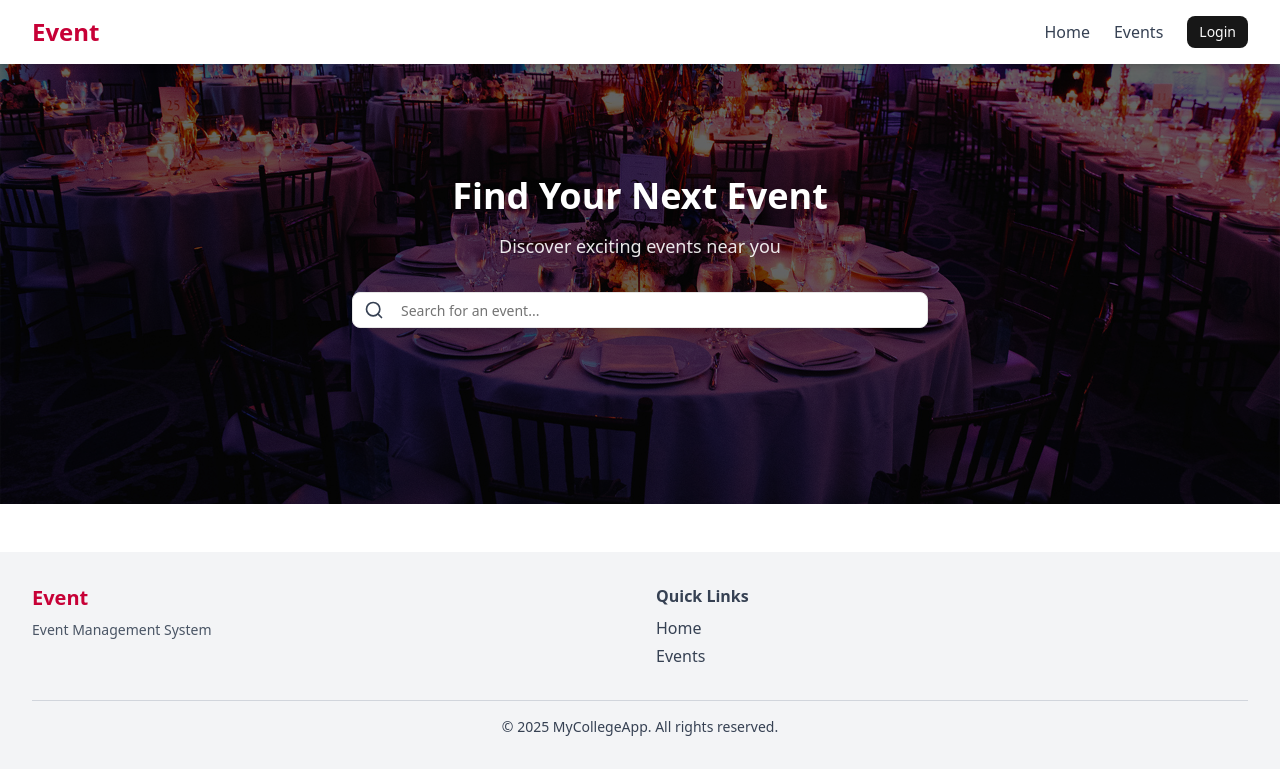
Repository: shshafin/event-client
Page: /
These files come from the project's save history. The page is drawn as it stood at one moment and after the next save; the edit follows.
The browser window is 1280 px wide. The pictures show the whole page.
The page's requests for data from a server got no answer. The project was rebuilt for these pictures with package versions that can differ from the ones it lists, and the page was loaded fresh each time. The framework's server and built-in components were replaced by stand-ins that run in the browser. No one was signed in, and anything a server would have sent is missing. Also part of the build but not shown: next.config.ts, src/components/ui/dropdown-menu.tsx.

Above is the page before, as saved 2025-10-30 14:45:41.

### src/app/layout.tsx
import "@/styles/globals.css";
import { Viewport } from "next";
import clsx from "clsx";

import { fontSans } from "@/config/font";
import { Providers } from "@/lib/provider";

export const viewport: Viewport = {
  themeColor: [
    { media: "(prefers-color-scheme: light)", color: "white" },
    { media: "(prefers-color-scheme: dark)", color: "black" },
  ],
};

export default function RootLayout({
  children,
}: {
  children: React.ReactNode;
}) {
  return (
    <html
      suppressHydrationWarning
      lang="en">
      <head />
      <body
        className={clsx(
          "min-h-screen bg-background font-sans antialiased",
          fontSans.variable
        )}>
        <Providers>{children}</Providers>
      </body>
    </html>
  );
}

### src/app/(withCommonLayout)/layout.tsx
import Footer from "@/components/ui/Footer";
import Navbar from "@/components/ui/Navbar";
import React from "react";

const withCommonLayout = ({ children }: { children: React.ReactNode }) => {
  return (
    <div className="relative flex flex-col h-screen">
      <Navbar />
      <main>{children}</main>
      <Footer />
    </div>
  );
};

export default withCommonLayout;

### src/app/(withCommonLayout)/(home)/layout.tsx
import { ReactNode } from "react";

const Layout = ({
  children,
  events,
  categories,
  reviews,
}: {
  children: ReactNode;
  events: ReactNode;
  categories: ReactNode;
  reviews: ReactNode;
}) => {
  return (
    <>
      {children}
      {events}
      {categories}
      {reviews}
    </>
  );
};

export default Layout;

### src/app/(withCommonLayout)/(home)/page.tsx
import Landing from "@/components/modules/home/Landing";

export default function Home() {
  return (
    <>
      <Landing />
    </>
  );
}

### src/lib/provider/index.tsx
"use client";

import * as React from "react";
import { QueryClient, QueryClientProvider } from "@tanstack/react-query";
import { Toaster } from "sonner";
import UserProvider from "@/context/user.provider";

export interface ProvidersProps {
  children: React.ReactNode;
}

export function Providers({ children }: ProvidersProps) {
  const queryClient = new QueryClient();

  return (
    <QueryClientProvider client={queryClient}>
      <UserProvider>
        <Toaster
          richColors
          position="top-center"
          closeButton
        />
        {children}
      </UserProvider>
    </QueryClientProvider>
  );
}

### src/components/ui/Footer.tsx
"use client";

import Link from "next/link";

export default function Footer() {
  return (
    <footer className="bg-gray-100 dark:bg-gray-900 text-gray-700 dark:text-gray-300 py-8 mt-12">
      <div className="max-w-7xl mx-auto px-4 sm:px-6 lg:px-8">
        <div className="grid grid-cols-1 md:grid-cols-2 gap-8">
          {/* Logo & description */}
          <div>
            <span className="font-bold text-xl text-rose-700">Event</span>
            <p className="mt-2 text-sm text-gray-600 dark:text-gray-400">
              Event Management System
            </p>
          </div>

          {/* Quick Links */}
          <div>
            <h3 className="font-semibold mb-2">Quick Links</h3>
            <ul className="space-y-1">
              <li>
                <Link
                  href="/"
                  className="hover:text-rose-700">
                  Home
                </Link>
              </li>
              <li>
                <Link
                  href="/events"
                  className="hover:text-rose-700">
                  Events
                </Link>
              </li>
            </ul>
          </div>
        </div>

        <div className="mt-8 border-t border-gray-300 dark:border-gray-700 pt-4 text-center text-sm">
          © {new Date().getFullYear()} MyCollegeApp. All rights reserved.
        </div>
      </div>
    </footer>
  );
}

### src/components/ui/Navbar.tsx
"use client";

import { useState } from "react";
import Link from "next/link";
import {
  MenuIcon,
  XIcon,
  LogOutIcon,
  UserIcon,
  PlusCircle,
} from "lucide-react";
import { Button } from "@/components/ui/button";
import {
  DropdownMenu,
  DropdownMenuTrigger,
  DropdownMenuContent,
  DropdownMenuItem,
} from "@/components/ui/dropdown-menu";
import { useUser } from "@/context/user.provider";
import { logoutUser } from "@/services/AuthService";
import { useRouter } from "next/navigation";

export default function Navbar() {
  const [isOpen, setIsOpen] = useState(false);
  const toggleMenu = () => setIsOpen(!isOpen);

  const { user, setUser } = useUser();
  const router = useRouter();

  const handleLogout = async () => {
    await logoutUser();
    setUser(null);
    router.push("/login");
  };

  return (
    <nav className="bg-white dark:bg-gray-900 shadow-md fixed w-full z-50">
      <div className="max-w-7xl mx-auto px-4 sm:px-6 lg:px-8">
        <div className="flex justify-between h-16 items-center">
          {/* Logo */}
          <Link href="/">
            <div className="text-2xl font-bold text-rose-700">Event</div>
          </Link>

          {/* Desktop Menu */}
          <div className="hidden md:flex items-center space-x-6">
            <Link
              href="/"
              className="text-gray-700 hover:text-rose-700">
              Home
            </Link>
            <Link
              href="/events"
              className="text-gray-700 hover:text-rose-700">
              Events
            </Link>

            {user && (
              <Link
                href="/my-bookings"
                className="text-gray-700 hover:text-rose-700">
                My Bookings
              </Link>
            )}

            {/* ✅ Only admin can see Add Event */}
            {user?.role === "admin" && (
              <Link
                href="/add-event"
                className="flex items-center gap-1 text-gray-700 hover:text-rose-700">
                <PlusCircle className="w-4 h-4" /> Add Event
              </Link>
            )}

            {/* User Dropdown */}
            {user ? (
              <DropdownMenu>
                <DropdownMenuTrigger asChild>
                  <Button className="w-auto px-3 h-8 rounded-full bg-rose-700 text-white flex items-center justify-center font-semibold">
                    {user.username || "User"}
                  </Button>
                </DropdownMenuTrigger>
                <DropdownMenuContent align="end">
                  <DropdownMenuItem asChild>
                    <Link
                      href="/profile"
                      className="flex items-center gap-2">
                      <UserIcon className="w-4 h-4" /> My Profile
                    </Link>
                  </DropdownMenuItem>
                  <DropdownMenuItem
                    className="flex items-center gap-2"
                    onClick={handleLogout}>
                    <LogOutIcon className="w-4 h-4" /> Logout
                  </DropdownMenuItem>
                </DropdownMenuContent>
              </DropdownMenu>
            ) : (
              <Link href="/login">
                <Button
                  size="sm"
                  variant="default">
                  Login
                </Button>
              </Link>
            )}
          </div>

          {/* Mobile Menu Button */}
          <div className="flex items-center md:hidden">
            <button
              onClick={toggleMenu}
              className="text-gray-700 hover:text-rose-700 focus:outline-none">
              {isOpen ? (
                <XIcon className="w-6 h-6" />
              ) : (
                <MenuIcon className="w-6 h-6" />
              )}
            </button>
          </div>
        </div>
      </div>

      {/* Mobile Menu */}
      {isOpen && (
        <div className="md:hidden bg-white dark:bg-gray-900 px-2 pt-2 pb-3 space-y-1 shadow-md">
          <Link
            href="/"
            className="block px-3 py-2 rounded-md text-gray-700 hover:text-rose-700 hover:bg-gray-100">
            Home
          </Link>
          <Link
            href="/events"
            className="block px-3 py-2 rounded-md text-gray-700 hover:text-rose-700 hover:bg-gray-100">
            Events
          </Link>

          {user && (
            <Link
              href="/my-bookings"
              className="block px-3 py-2 rounded-md text-gray-700 hover:text-rose-700 hover:bg-gray-100">
              My Bookings
            </Link>
          )}

          {user?.role === "admin" && (
            <Link
              href="/add-event"
              className="block px-3 py-2 rounded-md text-gray-700 hover:text-rose-700 hover:bg-gray-100">
              Add Event
            </Link>
          )}

          {/* Mobile User Menu */}
          {user ? (
            <div className="px-3 py-2">
              <DropdownMenu>
                <DropdownMenuTrigger asChild>
                  <Button className="w-auto px-3 h-8 rounded-full bg-rose-700 text-white flex items-center justify-center font-semibold">
                    {user.username || "User"}
                  </Button>
                </DropdownMenuTrigger>
                <DropdownMenuContent align="end">
                  <DropdownMenuItem asChild>
                    <Link
                      href="/profile"
                      className="flex items-center gap-2">
                      <UserIcon className="w-4 h-4" /> My Profile
                    </Link>
                  </DropdownMenuItem>
                  <DropdownMenuItem
                    className="flex items-center gap-2"
                    onClick={handleLogout}>
                    <LogOutIcon className="w-4 h-4" /> Logout
                  </DropdownMenuItem>
                </DropdownMenuContent>
              </DropdownMenu>
            </div>
          ) : (
            <Link
              href="/login"
              className="block cursor-pointer px-3 py-2">
              <Button
                size="sm"
                variant="default"
                className="w-full">
                Login
              </Button>
            </Link>
          )}
        </div>
      )}
    </nav>
  );
}

### src/components/modules/home/Landing.tsx
"use client";

import Image from "next/image";
import { Input } from "@/components/ui/input";
import { Search } from "lucide-react";
import { useState } from "react";
import Link from "next/link";
import { useSearchEvents } from "@/hooks/event.hook";

export default function Landing() {
  const [searchTerm, setSearchTerm] = useState("");
  const { data, isLoading, error } = useSearchEvents(searchTerm);

  return (
    <section className="relative h-[60vh] sm:h-[70vh] w-full">
      {/* Background Image */}
      <Image
        src="/college-hero.jpg"
        alt="College Hero"
        fill
        className="object-cover object-center"
        unoptimized
      />

      {/* Overlay for better contrast */}
      <div className="absolute inset-0 bg-black/60"></div>

      {/* Search content */}
      <div className="relative z-10 flex h-full flex-col items-center justify-center px-4 text-center">
        <h1 className="mb-4 text-3xl sm:text-4xl font-bold text-white drop-shadow-lg">
          Find Your Next Event
        </h1>
        <p className="mb-6 sm:mb-8 text-base sm:text-lg text-white/90">
          Discover exciting events near you
        </p>

        <form
          className="w-full max-w-xl"
          onSubmit={(e) => e.preventDefault()} // prevent page reload
        >
          <div className="relative">
            <Input
              id="search"
              type="text"
              placeholder="Search for an event..."
              className="bg-white text-sm pl-12 shadow-lg"
              value={searchTerm}
              onChange={(e) => setSearchTerm(e.target.value)}
            />
            <Search className="absolute left-3 top-1/2 -translate-y-1/2 w-5 h-5 text-gray-700 pointer-events-none" />
          </div>
        </form>

        {/* Search results */}
        {searchTerm && (
          <div className="mt-4 w-full max-w-xl bg-white rounded-md shadow-lg p-4 text-left">
            {isLoading && <p>Loading...</p>}
            {error && <p className="text-red-500">Failed to load results</p>}
            {data?.data?.length === 0 && !isLoading && <p>No events found</p>}
            {data?.data?.map((event: any) => (
              <Link
                key={event._id}
                href={`/events/${event._id}`}
                className="block py-2 px-3 rounded hover:bg-gray-100 transition">
                {event.name}{" "}
                <span className="text-gray-500 text-sm">
                  ({event.category})
                </span>
              </Link>
            ))}
          </div>
        )}
      </div>
    </section>
  );
}

### src/context/user.provider.tsx
"use client";

import {
  createContext,
  Dispatch,
  SetStateAction,
  useContext,
  useEffect,
  useState,
} from "react";
import { IUser } from "../types";
import { getCurrentUser } from "../services/AuthService";

interface IUserProviderValues {
  user: IUser | null;
  isLoading: boolean;
  setUser: (user: IUser | null) => void;
  setIsLoading: Dispatch<SetStateAction<boolean>>;
}

const UserContext = createContext<IUserProviderValues | undefined>(undefined);

const UserProvider = ({ children }: { children: React.ReactNode }) => {
  const [user, setUser] = useState<IUser | null>(null);
  const [isLoading, setIsLoading] = useState(true);

  const handleUser = async () => {
    try {
      const user = await getCurrentUser();
      setUser(user);
    } catch (error) {
      console.error("Failed to fetch user:", error);
      setUser(null);
    } finally {
      setIsLoading(false);
    }
  };

  useEffect(() => {
    handleUser();
  }, []);

  return (
    <UserContext.Provider value={{ user, setUser, isLoading, setIsLoading }}>
      {children}
    </UserContext.Provider>
  );
};

export const useUser = () => {
  const context = useContext(UserContext);

  if (context === undefined) {
    throw new Error("useUser must be used within the UserProvider context");
  }

  return context;
};

export default UserProvider;

### src/components/ui/button.tsx
import * as React from "react"
import { Slot } from "@radix-ui/react-slot"
import { cva, type VariantProps } from "class-variance-authority"

import { cn } from "@/lib/utils"

const buttonVariants = cva(
  "inline-flex items-center justify-center gap-2 whitespace-nowrap rounded-md text-sm font-medium transition-all disabled:pointer-events-none disabled:opacity-50 [&_svg]:pointer-events-none [&_svg:not([class*='size-'])]:size-4 shrink-0 [&_svg]:shrink-0 outline-none focus-visible:border-ring focus-visible:ring-ring/50 focus-visible:ring-[3px] aria-invalid:ring-destructive/20 dark:aria-invalid:ring-destructive/40 aria-invalid:border-destructive",
  {
    variants: {
      variant: {
        default: "bg-primary text-primary-foreground hover:bg-primary/90",
        destructive:
          "bg-destructive text-white hover:bg-destructive/90 focus-visible:ring-destructive/20 dark:focus-visible:ring-destructive/40 dark:bg-destructive/60",
        outline:
          "border bg-background shadow-xs hover:bg-accent hover:text-accent-foreground dark:bg-input/30 dark:border-input dark:hover:bg-input/50",
        secondary:
          "bg-secondary text-secondary-foreground hover:bg-secondary/80",
        ghost:
          "hover:bg-accent hover:text-accent-foreground dark:hover:bg-accent/50",
        link: "text-primary underline-offset-4 hover:underline",
      },
      size: {
        default: "h-9 px-4 py-2 has-[>svg]:px-3",
        sm: "h-8 rounded-md gap-1.5 px-3 has-[>svg]:px-2.5",
        lg: "h-10 rounded-md px-6 has-[>svg]:px-4",
        icon: "size-9",
        "icon-sm": "size-8",
        "icon-lg": "size-10",
      },
    },
    defaultVariants: {
      variant: "default",
      size: "default",
    },
  }
)

function Button({
  className,
  variant,
  size,
  asChild = false,
  ...props
}: React.ComponentProps<"button"> &
  VariantProps<typeof buttonVariants> & {
    asChild?: boolean
  }) {
  const Comp = asChild ? Slot : "button"

  return (
    <Comp
      data-slot="button"
      className={cn(buttonVariants({ variant, size, className }))}
      {...props}
    />
  )
}

export { Button, buttonVariants }

### src/services/AuthService/index.ts
"use server";
import { axiosInstance } from "@/lib/AxiosInstance";
import { cookies } from "next/headers";
import { FieldValues } from "react-hook-form";

// Helper to get token from cookies
export const getToken = async () => {
  const cookieStore = await cookies();
  const token = cookieStore.get("access_token")?.value;
  if (!token)
    throw new Error("Authentication token not found. Please login again.");
  return token;
};

// ! Register User
export const registerUser = async (userData: FieldValues) => {
  try {
    const { data } = await axiosInstance.post("/users/register", userData);
    return data;
  } catch (error: any) {
    throw new Error(error);
  }
};

// ! Login User
export const loginUser = async (userData: FieldValues) => {
  try {
    const { data } = await axiosInstance.post("/auth/login", userData);
    if (data?.success) {
      (await cookies()).set("access_token", data?.data?.accessToken);
    }
    return data;
  } catch (error: any) {
    throw new Error(error);
  }
};

// ! Update User
export const updateUser = async (userData: FieldValues, id: string) => {
  try {
    const token = await getToken();
    const { data } = await axiosInstance.patch(
      `/users/update/${id}`,
      userData,
      {
        headers: {
          Authorization: `Bearer ${token}`,
        },
      }
    );
    return data;
  } catch (error: any) {
    throw new Error(error);
  }
};

// ! Logout User
export const logoutUser = async () => {
  (await cookies()).delete("access_token");
};

// ! get user
export const getCurrentUser = async () => {
  const accessToken = (await cookies()).get("access_token")?.value;

  if (!accessToken) return null;

  try {
    const { data } = await axiosInstance.get("/auth/me", {
      headers: {
        Authorization: `Bearer ${accessToken}`,
      },
    });

    return data;
  } catch (err) {
    console.error("Failed to fetch current user:", err);
    return null;
  }
};

### src/components/ui/input.tsx
import * as React from "react"

import { cn } from "@/lib/utils"

function Input({ className, type, ...props }: React.ComponentProps<"input">) {
  return (
    <input
      type={type}
      data-slot="input"
      className={cn(
        "file:text-foreground placeholder:text-muted-foreground selection:bg-primary selection:text-primary-foreground dark:bg-input/30 border-input h-9 w-full min-w-0 rounded-md border bg-transparent px-3 py-1 text-base shadow-xs transition-[color,box-shadow] outline-none file:inline-flex file:h-7 file:border-0 file:bg-transparent file:text-sm file:font-medium disabled:pointer-events-none disabled:cursor-not-allowed disabled:opacity-50 md:text-sm",
        "focus-visible:border-ring focus-visible:ring-ring/50 focus-visible:ring-[3px]",
        "aria-invalid:ring-destructive/20 dark:aria-invalid:ring-destructive/40 aria-invalid:border-destructive",
        className
      )}
      {...props}
    />
  )
}

export { Input }

### src/hooks/event.hook.ts
import {
  addEvent,
  getEventById,
  getEvents,
  getEventsByCategory,
  searchEventsByName,
} from "@/services/Event-Service";
import { useQuery, useMutation } from "@tanstack/react-query";

//  Get all events
export const useGetEvents = () => {
  return useQuery({
    queryKey: ["GET_EVENTS"],
    queryFn: async () => await getEvents(),
  });
};

//  Get single event by ID
export const useGetEventById = (id: string) => {
  return useQuery({
    queryKey: ["GET_EVENT", id],
    queryFn: async () => await getEventById(id),
    enabled: !!id,
  });
};

//  Get all events by category
export const useGetEventsByCategory = (category: string) => {
  return useQuery({
    queryKey: ["GET_EVENTS_BY_CATEGORY", category],
    queryFn: async () => await getEventsByCategory(category),
  });
};

//  Search events by name
export const useSearchEvents = (name: string) => {
  return useQuery({
    queryKey: ["SEARCH_EVENTS", name],
    queryFn: async () => await searchEventsByName(name),
    enabled: !!name,
  });
};

//  Add new event (admin only)
export const useAddEvent = () => {
  return useMutation({
    mutationFn: async (formData: FormData) => await addEvent(formData),
  });
};

### src/lib/AxiosInstance/index.ts
"use server";

import { envConfig } from "@/config/envConfig";
import axios from "axios";
import { cookies } from "next/headers";

export const axiosInstance = axios.create({
  baseURL: envConfig.base_Api,
});

axiosInstance.interceptors.request.use(
  async (config) => {
    try {
      const cookieStore = await cookies(); //
      const cookie = cookieStore.get("accessToken");
      const accessToken = cookie?.value;

      if (accessToken && config.headers) {
        config.headers.Authorization = `Bearer ${accessToken}`;
      }

      return config;
    } catch (err) {
      console.error("Axios request interceptor error:", err);
      return config;
    }
  },
  (error) => {
    return Promise.reject(error);
  }
);

axiosInstance.interceptors.response.use(
  (response) => response,
  (error) => {
    console.error(
      "Axios response error:",
      error.response?.data || error.message
    );
    return Promise.reject(error);
  }
);

### src/services/Event-Service/index.ts
"use server";

import { axiosInstance } from "@/lib/AxiosInstance";
import { getToken } from "../AuthService";


// Get all events
export const getEvents = async () => {
  try {
    const { data } = await axiosInstance.get("/events/all");
    return data;
  } catch (error: any) {
    throw new Error(error?.response?.data?.message || "Failed to fetch events");
  }
};

// Get single event by ID
export const getEventById = async (id: string) => {
  try {
    const { data } = await axiosInstance.get(`/events/${id}`);
    return data;
  } catch (error: any) {
    throw new Error(error?.response?.data?.message || "Failed to fetch event");
  }
};

// Get all events by category
export const getEventsByCategory = async (category: string) => {
  try {
    const { data } = await axiosInstance.get(`/events/category/${category}`);
    return data;
  } catch (error: any) {
    throw new Error(
      error?.response?.data?.message || "Failed to fetch events by category"
    );
  }
};

// Add new event (admin only)
export const addEvent = async (payload: FormData) => {
  try {
    const token = await getToken();

    const { data } = await axiosInstance.post("/events/create", payload, {
      headers: {
        Authorization: `Bearer ${token}`,
        "Content-Type": "multipart/form-data",
      },
    });

    return data;
  } catch (error: any) {
    throw new Error(error?.response?.data?.message || "Failed to create event");
  }
};

// Search events by name
export const searchEventsByName = async (name: string) => {
  try {
    const { data } = await axiosInstance.get("/events/search", {
      params: { name },
    });
    return data;
  } catch (error: any) {
    throw new Error(
      error?.response?.data?.message || "Failed to search events"
    );
  }
};

### src/config/envConfig.ts
export const envConfig = {
  base_Api: process.env.NEXT_PUBLIC_BASE_API,
  base_Url: process.env.NEXT_PUBLIC_BASE_URL,
};

Loaded but not shown: src/styles/globals.css (common file); src/config/font.ts (common file); src/lib/utils.ts (common file)

After the next save:
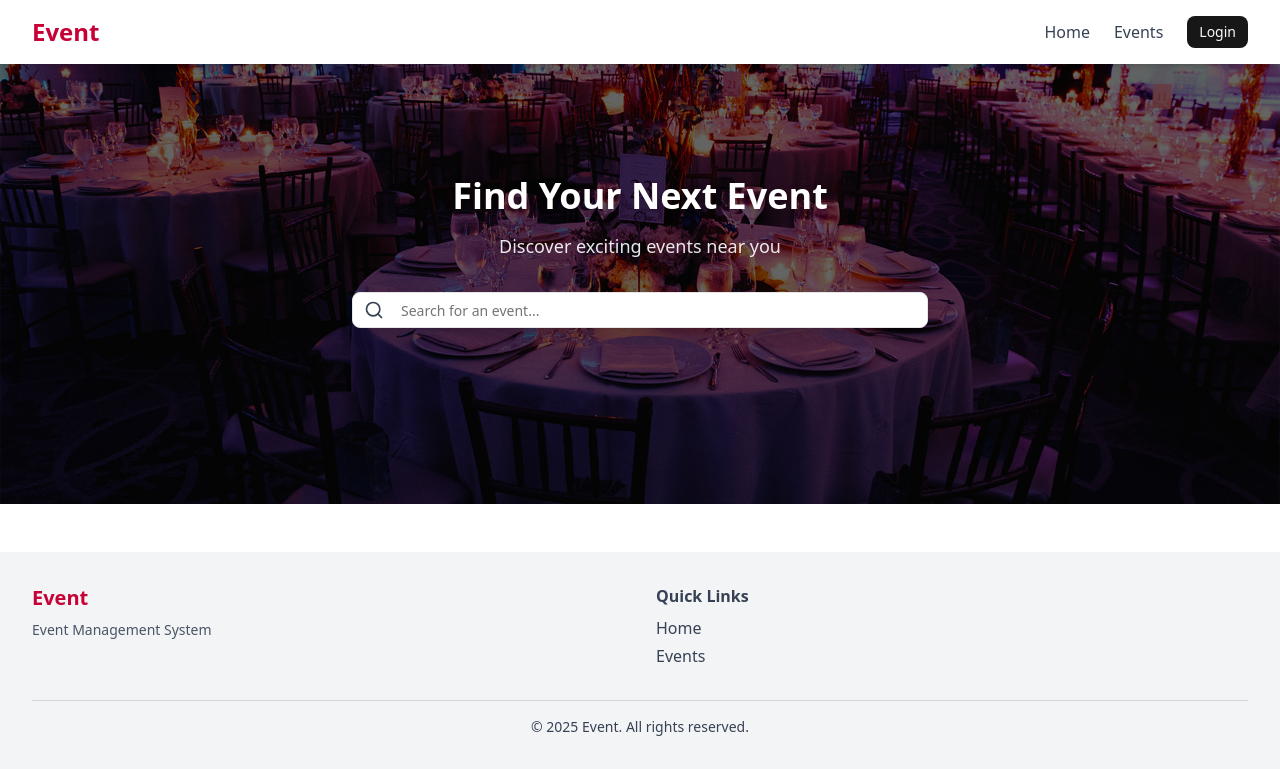
Saved 6 s later.
--- a/src/components/ui/Footer.tsx
+++ b/src/components/ui/Footer.tsx
@@ -38,7 +38,7 @@ export default function Footer() {
         </div>
 
         <div className="mt-8 border-t border-gray-300 dark:border-gray-700 pt-4 text-center text-sm">
-          © {new Date().getFullYear()} MyCollegeApp. All rights reserved.
+          © {new Date().getFullYear()} Event. All rights reserved.
         </div>
       </div>
     </footer>
